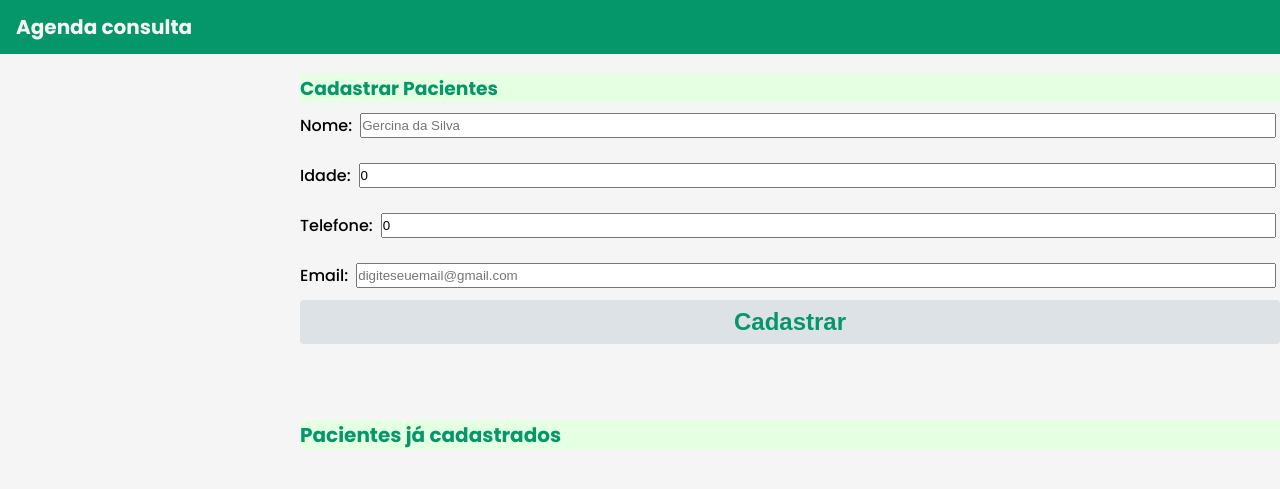
Repository: BarbaraCD/agendaconsulta
Page: /
An editor plug-in stored every save of this project. The page is shown before and after the next save, followed by the edit.
The browser window is 1280 px wide. The pictures show the whole page.
The page's requests for data from a server got no answer. The project was rebuilt for these pictures with package versions that can differ from the ones it lists, and the page was loaded fresh each time. No one was signed in, and anything a server would have sent is missing. Also part of the build but not shown: vite.config.ts, src/styles/StyleList.ts, src/components/Patients.tsx.

Above is the page before, as saved 2023-07-28 15:54:48.

### index.html
<!DOCTYPE html>
<html lang="en">
  <head>
    <meta charset="UTF-8" />
    <link rel="icon" type="image/svg+xml" href="/vite.svg" />
    <meta name="viewport" content="width=device-width, initial-scale=1.0" />

    <link rel="preconnect" href="https://fonts.googleapis.com">
    <link rel="preconnect" href="https://fonts.gstatic.com" crossorigin>
    <link href="https://fonts.googleapis.com/css2?family=Poppins:wght@400;500;700&display=swap" rel="stylesheet">

    <title>Agendamento de Consulta</title>
  </head>
  <body>
    <div id="root"></div>
    <script type="module" src="/src/main.tsx"></script>
  </body>
</html>

### src/main.tsx
import React from 'react'
import ReactDOM from 'react-dom/client'
import App from './App.tsx'
import { ThemeProvider } from 'styled-components'
import { theme } from './styles/Theme.ts'

ReactDOM.createRoot(document.getElementById('root')!).render(
  <React.StrictMode>
    <ThemeProvider theme={theme}>
      <App />
    </ThemeProvider>
  </React.StrictMode>,
)

### src/App.tsx
import './styles/global'
import { Header } from './components/Header'
import GlobalStyle from './styles/global'
import { CreatePatient } from './components/CreatePatient'

function App() {

  return (
    <>
      <GlobalStyle />
      <Header />
      {/* <Sidebar /> */}
      {/* <CreateDoctor/> */}
      <CreatePatient />

    </>
  )
}

export default App

### src/styles/Theme.ts

export const theme = {
  colors: {
    primary: '#059669',
    head: '#059669B3',
    900: '#6A8D73',
    800: '#AFC5A6',
    700: '#F4FDD9',
    100: '#E4FFE1',

    sbcolor: '#DCE2E6',
    gray: '#41414D',
    black: '#000',
    white: '#f5f5f5',
  },

  size: {
    sm: '14px',
    md: '16px',
    lg: '18px',
    xl: '20px',
    xxl: '24px'
  }
}

### src/styles/global.ts
import { createGlobalStyle } from 'styled-components'

export default createGlobalStyle`
  *{
    margin: 0;
    padding: 0;
    box-sizing: border-box;
  }
  body{
    font-family: 'Poppins', sans-serif;
    background: ${(props) => props.theme.colors.white};
    font-size: ${(props) => props.theme.size.xl};
  }
`

### src/components/Header.tsx
import { styled } from "styled-components"

const Container = styled.div`
  background-color: ${(props) => props.theme.colors.primary};
  padding: 12px 16px;
  color: ${(props) => props.theme.colors.white};
  font-weight: 700;
`

export function Header(){
  return (
    <Container>
      Agenda consulta
    </Container>
  )
}

### src/components/CreatePatient.tsx
import { useEffect, useState } from 'react'
import { Patients, PatientsProps } from './Patients'
import { createPatient, getPatient } from '../services/patient.services'
import { InputPatients } from './InputPatient'
import { SubmitButton } from './SubmitButton'
import { Container, Container2, Container3 }  from '../styles/CreateContainer'


export function CreatePatient(){

  const [patients, setPatients] = useState<PatientsProps[]>([])
  const [newPatient, setNewPatient] = useState<PatientsProps>({
    id: 0,
    name: '',
    age: 0,
    telephone: 0,
    email:''
  })

  useEffect(() => {
    fetchPatient().catch((error) => {
      console.error('Error fetching Patients:', error);
    });
  }, []);

  async function fetchPatient() {
    try {
      const response: PatientsProps[] = await getPatient();
      setPatients(response);
    } catch (error) {
      console.error('Error fetching Patients:', error);
    }
  }

  async function createNewPatient(){
    if(
      newPatient?.name.trim() !== '' &&
      typeof newPatient?.age === 'number' && newPatient?.age > 0 &&
      typeof newPatient?.telephone === 'number' && newPatient?.telephone > 0 &&
      newPatient?.email.trim() !== ''
      ){
        try {
          await createPatient(newPatient.name, newPatient.age, newPatient.telephone, newPatient.email);
          await fetchPatient();
            setNewPatient({
              id: 0,
              name: '',
              age: 0,
              telephone: 0,
              email: ''
            })
        console.log("Médico cadastrado com sucesso!")
        } catch(error){
          console.log("Erro ao cadastrar medico:", error)
        }
      } else {
        console.error("Por favor, preencha todos os campos corretamente.")
      }
  }

  return(
    <Container>
      <Container2>
        <InputPatients
          name={newPatient.name}
          age={newPatient.age}
          telephone={newPatient.telephone}
          email={newPatient.email}
          onNameChange={(value) => setNewPatient({ ...newPatient, name: value })}
          onAgeChange={(value) => setNewPatient({ ...newPatient, age: value })}
          onTelephoneChange={(value) => setNewPatient({ ...newPatient, telephone: value})}
          onEmailChange={(value) =>
            setNewPatient({ ...newPatient, email: value })
          }
        />

          <SubmitButton onClick={createNewPatient}/>
        </Container2>

        <Container3>
          <h3>Pacientes já cadastrados</h3>
          {patients.length > 0 && (
            patients.map((patients) => (
              <Patients
                id={patients.id}
                key={patients.id}
                name={patients.name}
                age={patients.age}
                telephone={patients.telephone}
                email={patients.email}
              />
            ))
          )}
        </Container3>

    </Container>
  )
}

### src/services/patient.services.ts
import axios from 'axios';
import { PatientsProps } from '../components/Patients'
import { api } from './ApiConfig'

export async function getPatient(): Promise<PatientsProps[]> {
  try {
    const response = await axios.get('http://localhost:3333/patient');
    // eslint-disable-next-line @typescript-eslint/no-unsafe-return
    return response.data;
  } catch (error) {
    throw new Error('Erro ao obter dados dos pacientes:');
  }
}

export async function createPatient(name: string, age: number, telephone: number, email: string){
  return api.post('/patient', {
    name,
    age,
    telephone,
    email,
  })
}

### src/components/InputPatient.tsx
import { InputContainer } from '../styles/InputContainer'

interface InputPatientsProps{
  name: string
  age: number
  telephone: number
  email: string
  onNameChange: (value: string) => void
  onAgeChange: (value: number) => void
  onTelephoneChange: (value: number) => void
  onEmailChange: (value: string) => void
}

export function InputPatients(props: InputPatientsProps) {
  return (
    <InputContainer>
      <h3>Cadastrar Pacientes</h3>
        <label>
          <p>Nome:</p>
          <input
            type="text"
            name="nome"
            value={props.name}
            onChange={(event) => props.onNameChange(event.target.value)}
            placeholder='Gercina da Silva'
          />
        </label>
        <br />
        <label>
          <p>Idade:</p>
          <input
            type="text"
            name="idade"
            value={props.age}
            onChange={(event) => props.onAgeChange(Number(event.target.value))}
            placeholder='idade'
          />
        </label>
        <br />
        <label>
          <p>Telefone:</p>
          <input
            type="text"
            name="telefone"
            value={props.telephone}
            onChange={(event) => props.onTelephoneChange(Number(event.target.value))}
          />
        </label>
        <br />
        <label>
          <p>Email:</p>
          <input
            type="text"
            name="email"
            value={props.email}
            onChange={(event) => props.onEmailChange(event.target.value)}
            placeholder='digiteseuemail@gmail.com'
          />
        </label>
    </InputContainer>
  );
}

### src/components/SubmitButton.tsx
import { styled } from "styled-components"

interface SubmitButtonProps {
  onClick: () => void
}

const StyledButton = styled.button`
  padding: 8px;
  margin: 12px 0;
  border-radius: 4px;
  color: ${(props) => props.theme.colors.primary};
  border: none;
  background-color: ${(props) => props.theme.colors.sbcolor};
  cursor: pointer;

  p{
    font-size: ${(props) => props.theme.size.xxl};
    font-weight: 700;
  }
`

export function SubmitButton({ onClick }: SubmitButtonProps) {
  return (
    <StyledButton onClick={onClick}>
      <p>
        Cadastrar
      </p>
    </StyledButton>
  )
}

### src/styles/CreateContainer.ts
import styled from "styled-components"

export const Container = styled.div`
  background-color: ${(props) => props.theme.colors.white};
  justify-content: start;
  align-items: center;
`

export const Container2 = styled.div`
  display: flex;
  flex-direction: column;
  margin-left: 300px;
  padding: 20px 0;
`
export const Container3 = styled.div`
  margin-top: 24px;
  flex-direction: column;
  margin-left: 300px;
  padding: 20px 0;

  h3{
    font-size: ${(props) => props.theme.size.xl};
    color: ${(props) => props.theme.colors.primary};
    background-color: ${(props) => props.theme.colors[100]};
    margin-bottom: 12px;
  }
`

### src/services/ApiConfig.ts
import axios from "axios";

export const api = axios.create({
  baseURL: 'http://localhost:3333',
})

### src/styles/InputContainer.ts
import styled from "styled-components"

export const InputContainer = styled.div`

  color: ${(props) => props.theme.colors.black};
  font-size: ${(props) => props.theme.size.md};

  h3 {
    background-color: ${(props) => props.theme.colors[100]};
    color: ${(props) => props.theme.colors.primary};
    margin-bottom: 10px;
  }

  label {
    display: flex;
    margin-right: 4px;
  }

  p{
    font-size: ${(props) => props.theme.size.md};
    font-weight: 500;
  }

  input {
    width: 80vw;
    margin-left: 8px;
  }
`

After the next save:
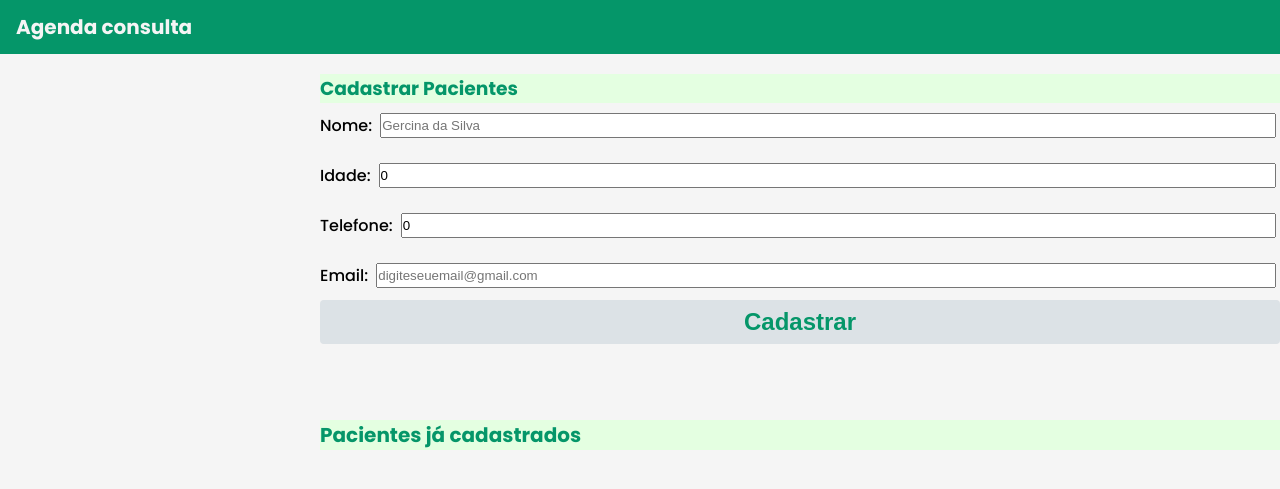
Saved 9 s later.
--- a/src/styles/CreateContainer.ts
+++ b/src/styles/CreateContainer.ts
@@ -9,13 +9,13 @@ export const Container = styled.div`
 export const Container2 = styled.div`
   display: flex;
   flex-direction: column;
-  margin-left: 300px;
+  margin-left: 320px;
   padding: 20px 0;
 `
 export const Container3 = styled.div`
   margin-top: 24px;
   flex-direction: column;
-  margin-left: 300px;
+  margin-left: 320px;
   padding: 20px 0;
 
   h3{
